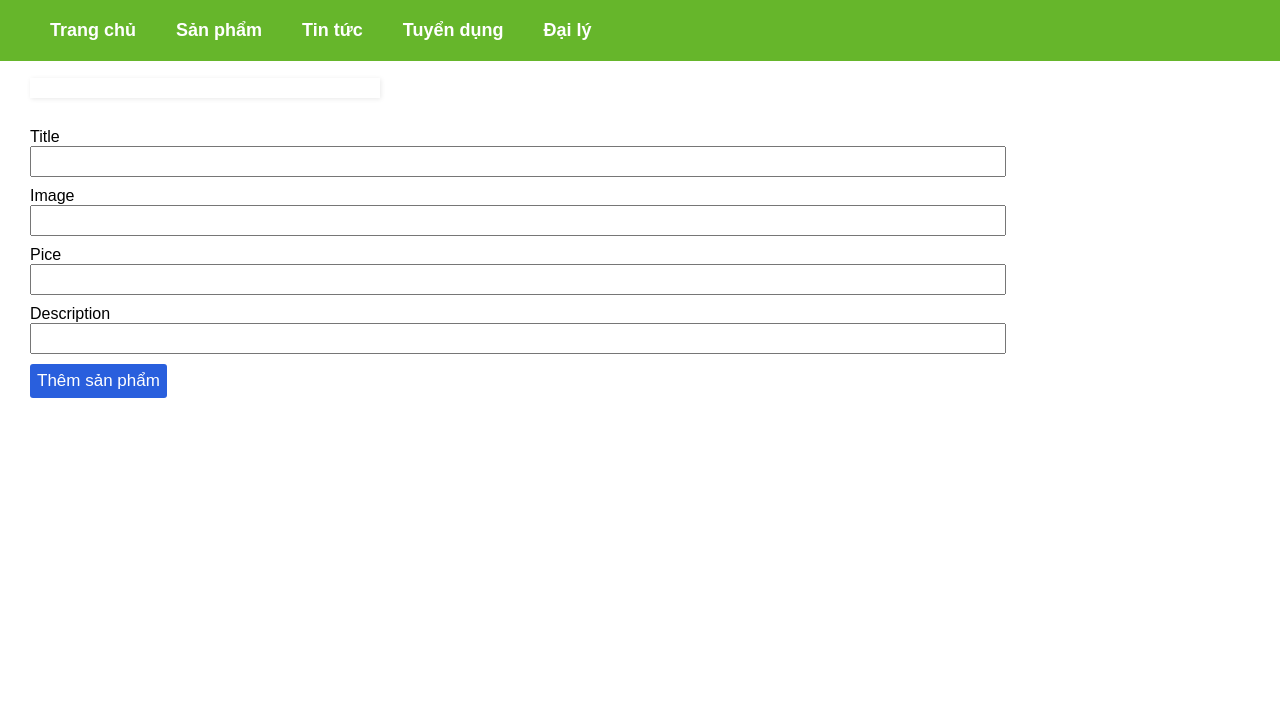
Repository: Ngoc28/CURD_HTML-CSS_JS_JSON
Page: index.html
These files come from the project's save history. The page is drawn as it stood at one moment and after the next save; the edit follows.
The browser window is 1280 px wide. The pictures show the whole page.
The page's requests for data from a server got no answer.

Above is the page before, as saved 2023-04-11 10:31:04.
Console error: TypeError: Cannot set properties of null (setting 'onclick')

After the next save:
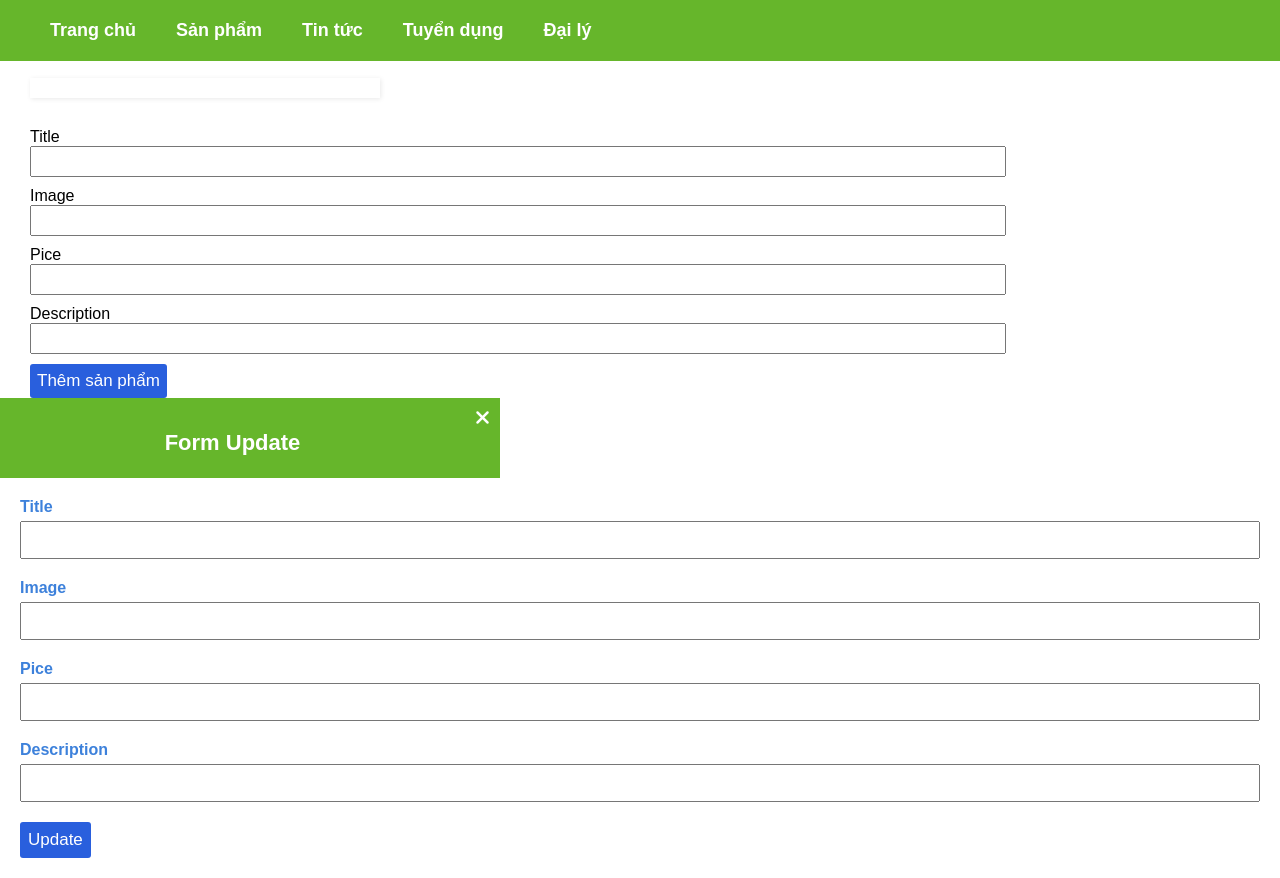
Saved 23 s later.
--- a/asset/css/style.css
+++ b/asset/css/style.css
@@ -172,11 +172,11 @@ body {
 
 /* FormUpdate */
 
-.formUpdate.open {
-    display: flex;
-}
-
-.formUpdate {
+.form-update.open {
+    display: flex;
+}
+
+.form-update {
     position:fixed;
     top: 0;
     right: 0;

After the save that followed:
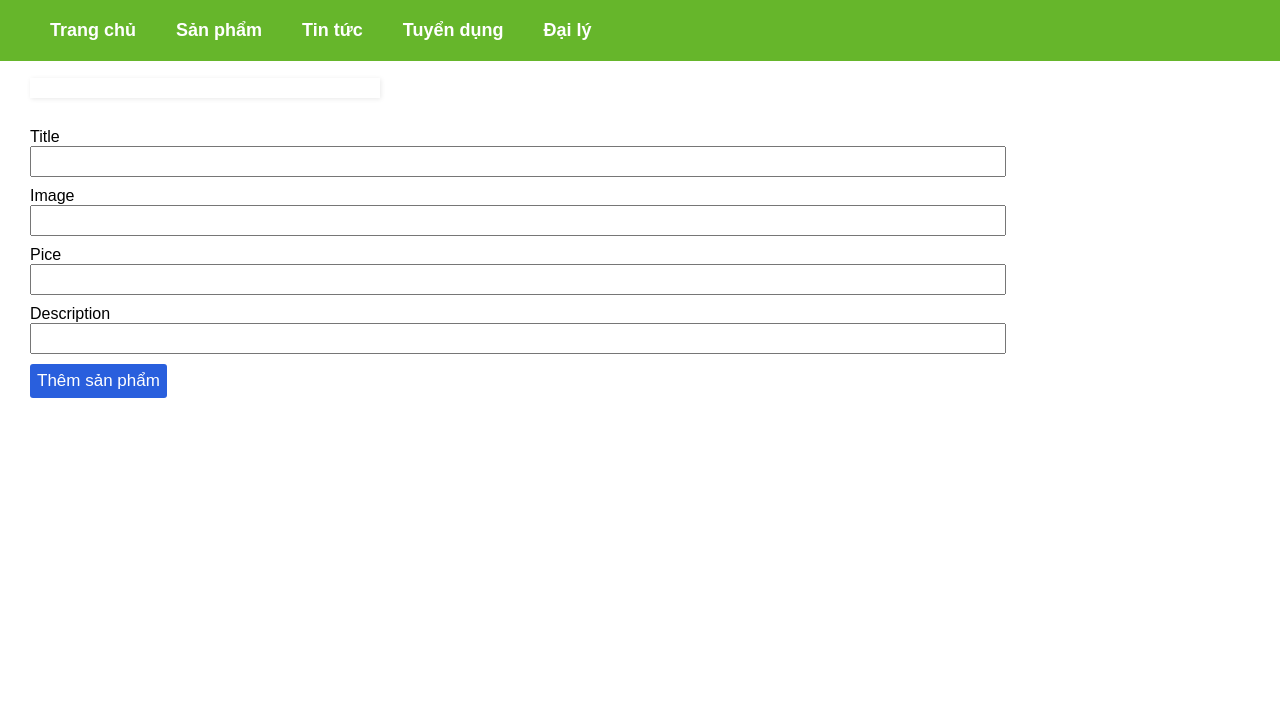
Saved 5 s later.
--- a/index.html
+++ b/index.html
@@ -52,7 +52,7 @@
     </div>
 
     <!-- formUpdate -->
-    <div class="formUpdate">
+    <div class="form-update">
         <div class="modal">
             <header>
                 <i class="update-icon fa-solid fa-xmark"></i>
